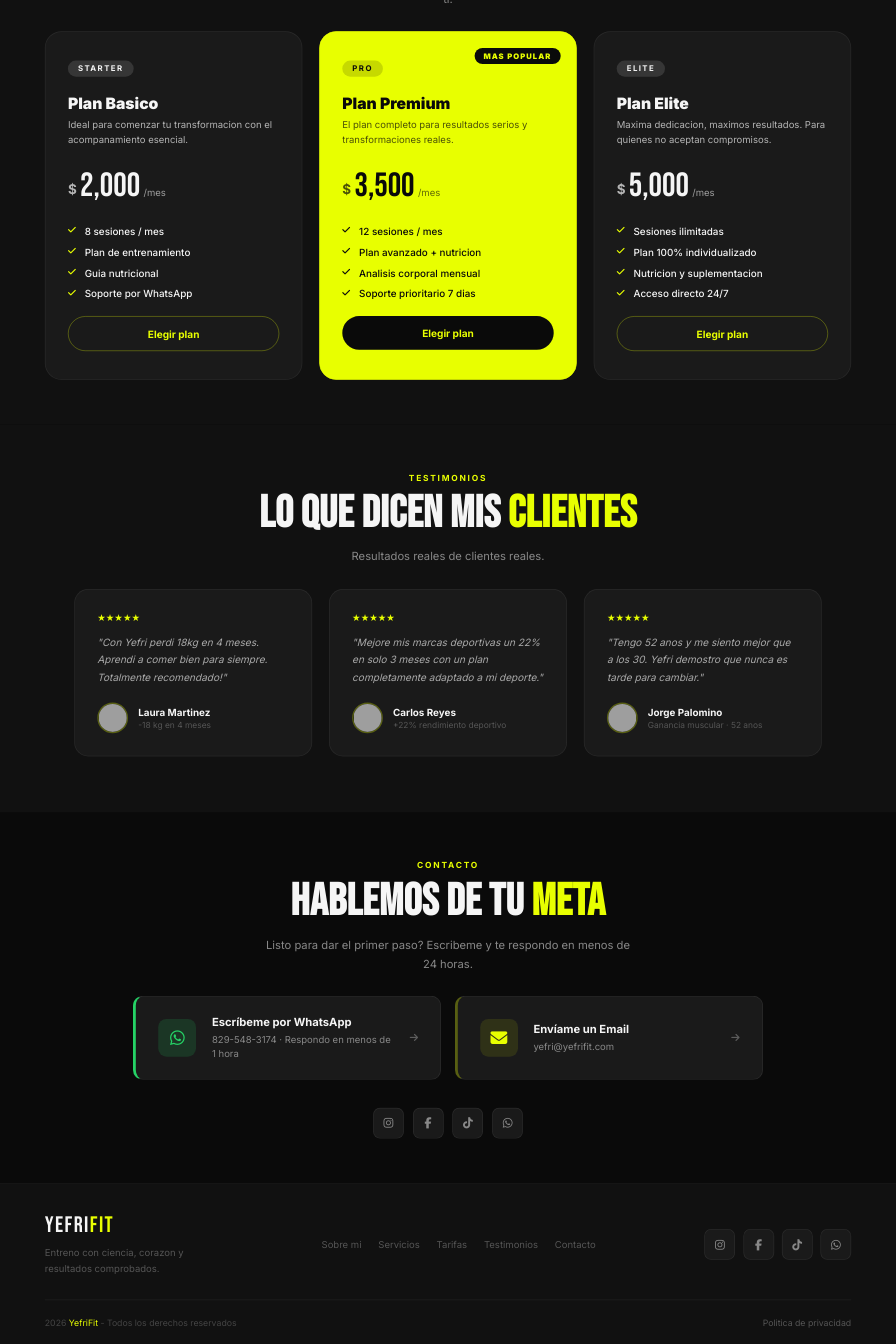
Repository: GravielPV/Yefri-Fit
Page: index.html
The author's editor kept a copy of each file at every save. The page is drawn from the files as they stood at one save, then again after the next save.
The browser window is 1280 px wide. The pictures show the part of the page from y = 2562 to 4482 px (the page is 4482 px tall before and 4470 px after), at 70% of full size.
Pictures or frames that could not be fetched are drawn as grey boxes.

Above is the page before, as saved 2026-03-04 22:52:12.

### index.html
<!doctype html>
<html lang="es">
  <head>
    <meta charset="UTF-8" />
    <meta name="viewport" content="width=device-width, initial-scale=1.0" />
    <title>Yefri Fit | Entrenador Personal</title>
    <!-- Fonts -->
    <link
      href="https://fonts.googleapis.com/css2?family=Bebas+Neue&family=Inter:wght@300;400;500;600;700;900&display=swap"
      rel="stylesheet"
    />
    <!-- Icons -->
    <link
      rel="stylesheet"
      href="https://cdnjs.cloudflare.com/ajax/libs/font-awesome/6.5.0/css/all.min.css"
    />
    <!-- Styles -->
    <link rel="stylesheet" href="styles.css" />
  </head>
  <body>
    <!-- NAVBAR -->
    <nav id="navbar">
      <a href="#hero" class="logo">YEFRI<span>FIT</span></a>
      <ul class="nav-links" id="navLinks">
        <li><a href="#about">Sobre mi</a></li>
        <li><a href="#services">Servicios</a></li>
        <li><a href="#pricing">Tarifas</a></li>
        <li><a href="#testimonials">Testimonios</a></li>
        <li><a href="#contact">Contacto</a></li>
      </ul>
      <a href="#contact" class="nav-cta">Empezar ahora</a>
      <div class="hamburger" id="hamburger">
        <span></span><span></span><span></span>
      </div>
    </nav>

    <!-- HERO -->
    <section id="hero">
      <div class="hero-bg"></div>
      <div class="hero-overlay"></div>
      <div class="hero-content">
        <div class="hero-badge">
          <i class="fa-solid fa-bolt"></i>
          Entrenador Personal Certificado
        </div>
        <h1 class="hero-title">
          TRANSFORMA TU <span>CUERPO,</span><br />
          CAMBIA TU VIDA.
        </h1>
        <p class="hero-sub">
          Entrenamiento personalizado, nutricion y mentoria continua. Todo lo
          que necesitas para transformarte de verdad.
        </p>
        <div class="hero-btns">
          <a href="#pricing" class="btn-primary"
            ><i class="fa-solid fa-rocket"></i>Ver tarifas</a
          >
          <a href="#about" class="btn-outline"
            ><i class="fa-solid fa-play"></i>Conoce mas</a
          >
        </div>
      </div>
      <div class="hero-stats">
        <div class="stat-card">
          <div class="stat-num" data-count="30">30</div>
          <div class="stat-lbl">Clientes<br />transformados</div>
        </div>
        <div class="stat-card">
          <div class="stat-num" data-count="5">5</div>
          <div class="stat-lbl">Anos de<br />experiencia</div>
        </div>
        <div class="stat-card">
          <div class="stat-num" data-count="98">
            98<span class="suffix">%</span>
          </div>
          <div class="stat-lbl">Indice de<br />satisfaccion</div>
        </div>
      </div>
    </section>

    <!-- ABOUT -->
    <section id="about">
      <div class="about-grid">
        <div class="about-img-wrap">
          <video
            class="about-img"
            src="ejercicio.mp4"
            autoplay
            muted
            loop
            playsinline
          ></video>
          <div class="about-badge">
            <div class="num">30+</div>
            <div class="txt">Clientes<br />transformados</div>
          </div>
        </div>
        <div class="about-text">
          <span class="section-tag">Sobre mi</span>
          <h2 class="section-title">YEFRI <span>RODRIGUEZ</span></h2>
          <p class="section-desc">
            Soy entrenador personal certificado con mas de 5 anos de experiencia
            ayudando a personas a alcanzar sus metas fisicas y de salud. No
            vendo promesas: entrego metodologia probada y la motivacion que
            necesitas para no rendirte.
          </p>
          <a href="#contact" class="btn-primary btn-consult">
            <i class="fa-solid fa-calendar-check"></i>Agendar consulta gratuita
          </a>
        </div>
      </div>
    </section>

    <!-- SERVICES -->
    <section id="services">
      <div class="section-header">
        <span class="section-tag">Servicios</span>
        <h2 class="section-title">LO QUE <span>OFREZCO</span></h2>
        <p class="section-desc">
          Una suite completa de servicios para que logres tus objetivos sin
          importar donde estes.
        </p>
      </div>
      <div class="services-grid">
        <div class="service-card">
          <div class="srv-icon"><i class="fa-solid fa-dumbbell"></i></div>
          <h3 class="srv-title">Entrenamiento Presencial</h3>
          <p class="srv-desc">
            Sesiones 1 a 1 con supervision total de tecnica, cargas y
            progresion.
          </p>
        </div>
        <div class="service-card">
          <div class="srv-icon"><i class="fa-solid fa-laptop"></i></div>
          <h3 class="srv-title">Entrenamiento Online</h3>
          <p class="srv-desc">
            Programa personalizado con seguimiento semanal. Entrena desde
            cualquier lugar.
          </p>
        </div>
        <div class="service-card">
          <div class="srv-icon"><i class="fa-solid fa-utensils"></i></div>
          <h3 class="srv-title">Plan Nutricional</h3>
          <p class="srv-desc">
            Estrategia alimentaria adaptada a tus objetivos. Sin dietas
            imposibles.
          </p>
        </div>
        <div class="service-card">
          <div class="srv-icon"><i class="fa-solid fa-people-group"></i></div>
          <h3 class="srv-title">Grupos Reducidos</h3>
          <p class="srv-desc">
            Clases de max. 6 personas con intensidad personalizada a precio
            accesible.
          </p>
        </div>
      </div>
    </section>

    <!-- PRICING -->
    <section id="pricing">
      <div class="section-header">
        <span class="section-tag">Tarifas</span>
        <h2 class="section-title">INVERSION EN <span>TI</span></h2>
        <p class="section-desc">
          Planes transparentes sin letra chica. Elige el que mejor se adapte a
          ti.
        </p>
      </div>
      <div class="pricing-grid">
        <!-- BASICO -->
        <div class="price-card">
          <span class="plan-badge">Starter</span>
          <h3 class="plan-name">Plan Basico</h3>
          <p class="plan-desc">
            Ideal para comenzar tu transformacion con el acompanamiento
            esencial.
          </p>
          <div class="plan-price">
            <span class="price-curr">$</span>
            <span class="price-amount">2,000</span>
            <span class="price-per">/mes</span>
          </div>
          <ul class="plan-features">
            <li><i class="fa-solid fa-check"></i> 8 sesiones / mes</li>
            <li><i class="fa-solid fa-check"></i> Plan de entrenamiento</li>
            <li><i class="fa-solid fa-check"></i> Guia nutricional</li>
            <li><i class="fa-solid fa-check"></i> Soporte por WhatsApp</li>
          </ul>
          <a href="#contact" class="btn-plan">Elegir plan</a>
        </div>
        <!-- PREMIUM -->
        <div class="price-card featured">
          <span class="popular-tag">Mas popular</span>
          <span class="plan-badge">Pro</span>
          <h3 class="plan-name">Plan Premium</h3>
          <p class="plan-desc">
            El plan completo para resultados serios y transformaciones reales.
          </p>
          <div class="plan-price">
            <span class="price-curr">$</span>
            <span class="price-amount">3,500</span>
            <span class="price-per">/mes</span>
          </div>
          <ul class="plan-features">
            <li><i class="fa-solid fa-check"></i> 12 sesiones / mes</li>
            <li><i class="fa-solid fa-check"></i> Plan avanzado + nutricion</li>
            <li><i class="fa-solid fa-check"></i> Analisis corporal mensual</li>
            <li>
              <i class="fa-solid fa-check"></i> Soporte prioritario 7 dias
            </li>
          </ul>
          <a href="#contact" class="btn-plan">Elegir plan</a>
        </div>
        <!-- ELITE -->
        <div class="price-card">
          <span class="plan-badge">Elite</span>
          <h3 class="plan-name">Plan Elite</h3>
          <p class="plan-desc">
            Maxima dedicacion, maximos resultados. Para quienes no aceptan
            compromisos.
          </p>
          <div class="plan-price">
            <span class="price-curr">$</span>
            <span class="price-amount">5,000</span>
            <span class="price-per">/mes</span>
          </div>
          <ul class="plan-features">
            <li><i class="fa-solid fa-check"></i> Sesiones ilimitadas</li>
            <li><i class="fa-solid fa-check"></i> Plan 100% individualizado</li>
            <li>
              <i class="fa-solid fa-check"></i> Nutricion y suplementacion
            </li>
            <li><i class="fa-solid fa-check"></i> Acceso directo 24/7</li>
          </ul>
          <a href="#contact" class="btn-plan">Elegir plan</a>
        </div>
      </div>
    </section>

    <!-- TESTIMONIALS -->
    <section id="testimonials">
      <div class="section-header">
        <span class="section-tag">Testimonios</span>
        <h2 class="section-title">LO QUE DICEN MIS <span>CLIENTES</span></h2>
        <p class="section-desc">Resultados reales de clientes reales.</p>
      </div>
      <div class="testimonials-track">
        <div class="testimonial-card">
          <div class="t-stars">&#9733;&#9733;&#9733;&#9733;&#9733;</div>
          <p class="t-text">
            "Con Yefri perdi 18kg en 4 meses. Aprendi a comer bien para siempre.
            Totalmente recomendado!"
          </p>
          <div class="t-author">
            <img
              src="https://randomuser.me/api/portraits/women/44.jpg"
              class="t-avatar"
              alt="Laura M."
            />
            <div>
              <div class="t-name">Laura Martinez</div>
              <div class="t-goal">-18 kg en 4 meses</div>
            </div>
          </div>
        </div>
        <div class="testimonial-card">
          <div class="t-stars">&#9733;&#9733;&#9733;&#9733;&#9733;</div>
          <p class="t-text">
            "Mejore mis marcas deportivas un 22% en solo 3 meses con un plan
            completamente adaptado a mi deporte."
          </p>
          <div class="t-author">
            <img
              src="https://randomuser.me/api/portraits/men/32.jpg"
              class="t-avatar"
              alt="Carlos R."
            />
            <div>
              <div class="t-name">Carlos Reyes</div>
              <div class="t-goal">+22% rendimiento deportivo</div>
            </div>
          </div>
        </div>
        <div class="testimonial-card">
          <div class="t-stars">&#9733;&#9733;&#9733;&#9733;&#9733;</div>
          <p class="t-text">
            "Tengo 52 anos y me siento mejor que a los 30. Yefri demostro que
            nunca es tarde para cambiar."
          </p>
          <div class="t-author">
            <img
              src="https://randomuser.me/api/portraits/men/75.jpg"
              class="t-avatar"
              alt="Jorge P."
            />
            <div>
              <div class="t-name">Jorge Palomino</div>
              <div class="t-goal">Ganancia muscular · 52 anos</div>
            </div>
          </div>
        </div>
      </div>
    </section>

    <!-- CONTACT -->
    <section id="contact">
      <div class="section-header">
        <span class="section-tag">Contacto</span>
        <h2 class="section-title">HABLEMOS DE TU <span>META</span></h2>
        <p class="section-desc">
          Listo para dar el primer paso? Escribeme y te respondo en menos de 24
          horas.
        </p>
      </div>
      <div class="contact-cards">
        <a
          href="https://wa.me/18295483174"
          target="_blank"
          class="contact-card contact-card--wa"
        >
          <div class="c-icon"><i class="fa-brands fa-whatsapp"></i></div>
          <div class="c-info">
            <strong>Escríbeme por WhatsApp</strong>
            <span>829-548-3174 · Respondo en menos de 1 hora</span>
          </div>
          <i class="fa-solid fa-arrow-right c-arrow"></i>
        </a>
        <a href="mailto:yefri@yefrifit.com" class="contact-card">
          <div class="c-icon"><i class="fa-solid fa-envelope"></i></div>
          <div class="c-info">
            <strong>Envíame un Email</strong>
            <span>yefri@yefrifit.com</span>
          </div>
          <i class="fa-solid fa-arrow-right c-arrow"></i>
        </a>
      </div>
      <div class="contact-social">
        <a
          href="https://www.instagram.com/yefri_rs07/"
          target="_blank"
          class="social-btn"
          aria-label="Instagram"
          ><i class="fa-brands fa-instagram"></i
        ></a>
        <a
          href="https://www.facebook.com/Neniskii/"
          target="_blank"
          class="social-btn"
          aria-label="Facebook"
          ><i class="fa-brands fa-facebook-f"></i
        ></a>
        <a href="#" class="social-btn" aria-label="TikTok"
          ><i class="fa-brands fa-tiktok"></i
        ></a>
        <a
          href="https://wa.me/18295483174"
          target="_blank"
          class="social-btn"
          aria-label="WhatsApp"
          ><i class="fa-brands fa-whatsapp"></i
        ></a>
      </div>
    </section>

    <!-- FOOTER -->
    <footer>
      <div class="footer-simple">
        <div class="footer-brand">
          <div class="logo">YEFRI<span>FIT</span></div>
          <p>Entreno con ciencia, corazon y resultados comprobados.</p>
        </div>
        <div class="footer-links">
          <a href="#about">Sobre mi</a>
          <a href="#services">Servicios</a>
          <a href="#pricing">Tarifas</a>
          <a href="#testimonials">Testimonios</a>
          <a href="#contact">Contacto</a>
        </div>
        <div class="footer-social">
          <a
            href="https://www.instagram.com/yefri_rs07/"
            target="_blank"
            class="social-btn"
            aria-label="Instagram"
            ><i class="fa-brands fa-instagram"></i
          ></a>
          <a
            href="https://www.facebook.com/Neniskii/"
            target="_blank"
            class="social-btn"
            aria-label="Facebook"
            ><i class="fa-brands fa-facebook-f"></i
          ></a>
          <a href="#" class="social-btn" aria-label="TikTok"
            ><i class="fa-brands fa-tiktok"></i
          ></a>
          <a href="#" class="social-btn" aria-label="WhatsApp"
            ><i class="fa-brands fa-whatsapp"></i
          ></a>
        </div>
      </div>
      <div class="footer-bottom">
        <p>2026 <span>YefriFit</span> - Todos los derechos reservados</p>
        <a href="#">Politica de privacidad</a>
      </div>
    </footer>

    <!-- FLOATING WHATSAPP -->
    <a
      href="https://wa.me/18295483174"
      target="_blank"
      class="whatsapp-float"
      title="Escribenos en WhatsApp"
    >
      <i class="fa-brands fa-whatsapp"></i>
    </a>

    <!-- TOAST -->
    <div class="toast" id="toast" role="status" style="display: none">
      <i class="fa-solid fa-check"></i> Mensaje enviado con exito!
    </div>

    <!-- Scripts -->
    <script src="main.js"></script>
  </body>
</html>

Loaded but not shown: main.js (99 lines, source omitted); styles.css (975 lines, source omitted)

After the next save:
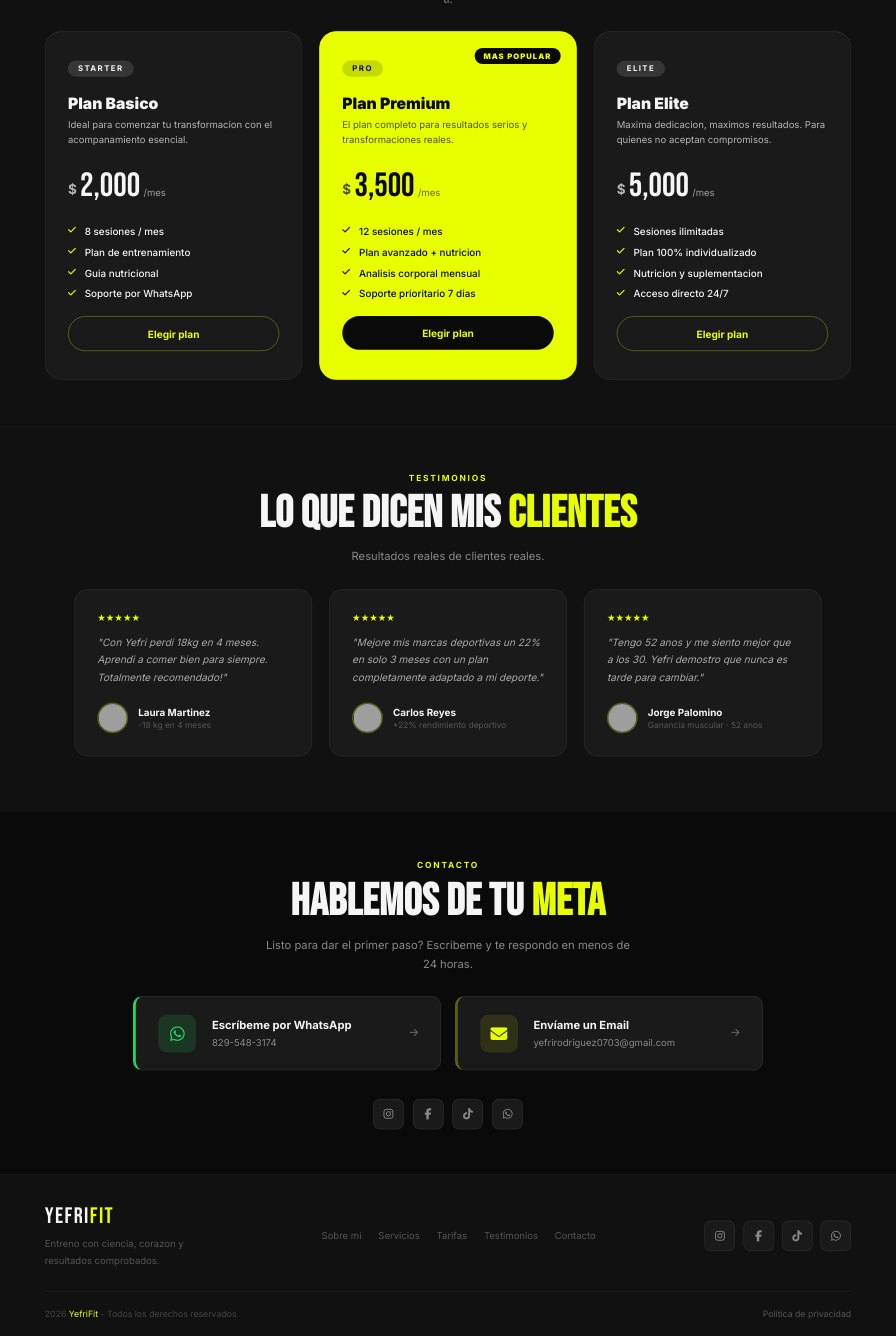
Saved 37 s later.
--- a/index.html
+++ b/index.html
@@ -322,15 +322,15 @@
           <div class="c-icon"><i class="fa-brands fa-whatsapp"></i></div>
           <div class="c-info">
             <strong>Escríbeme por WhatsApp</strong>
-            <span>829-548-3174 · Respondo en menos de 1 hora</span>
+            <span>829-548-3174</span>
           </div>
           <i class="fa-solid fa-arrow-right c-arrow"></i>
         </a>
-        <a href="mailto:yefri@yefrifit.com" class="contact-card">
+        <a href="mailto:yefrirodriguez0703@gmail.com" class="contact-card">
           <div class="c-icon"><i class="fa-solid fa-envelope"></i></div>
           <div class="c-info">
             <strong>Envíame un Email</strong>
-            <span>yefri@yefrifit.com</span>
+            <span>yefrirodriguez0703@gmail.com</span>
           </div>
           <i class="fa-solid fa-arrow-right c-arrow"></i>
         </a>
